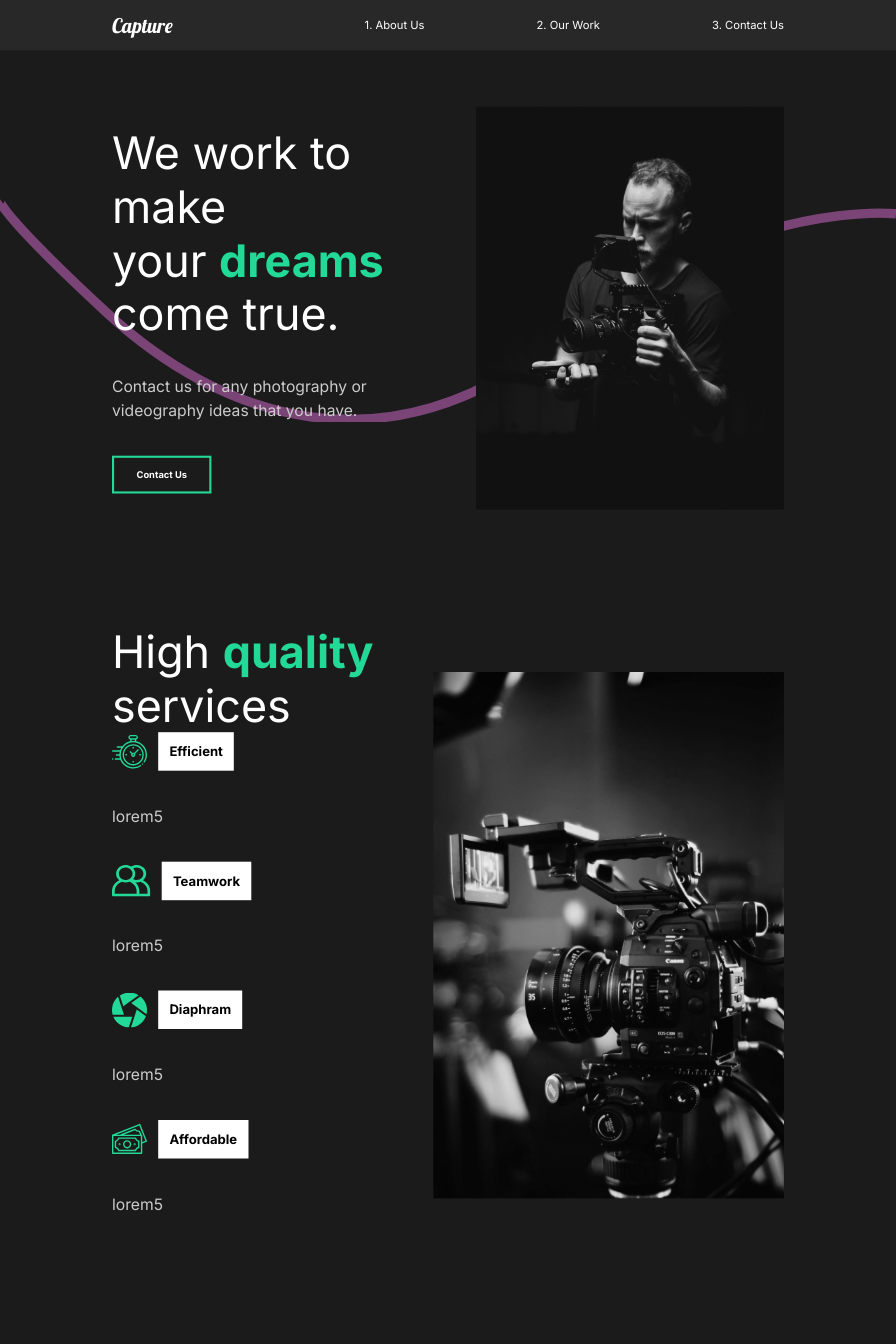
Repository: programmingwithlevi/capture
Page: /
The author's editor kept a copy of each file at every save. The page is drawn from the files as they stood at one save, then again after the next save.
The browser window is 1280 px wide. The pictures show the part of the page from y = 0 to 1920 px (the page is 4236 px tall), at 70% of full size.
The project was rebuilt for these pictures with package versions that can differ from the ones it lists, and the page was loaded fresh each time. Also part of the build but not shown: src/pages/ContactUs.js, src/pages/OurWork.js, src/movieState.js, src/pages/movieDetail.js.

Above is the page before, as saved 2021-12-10 15:08:47.

After the next save:
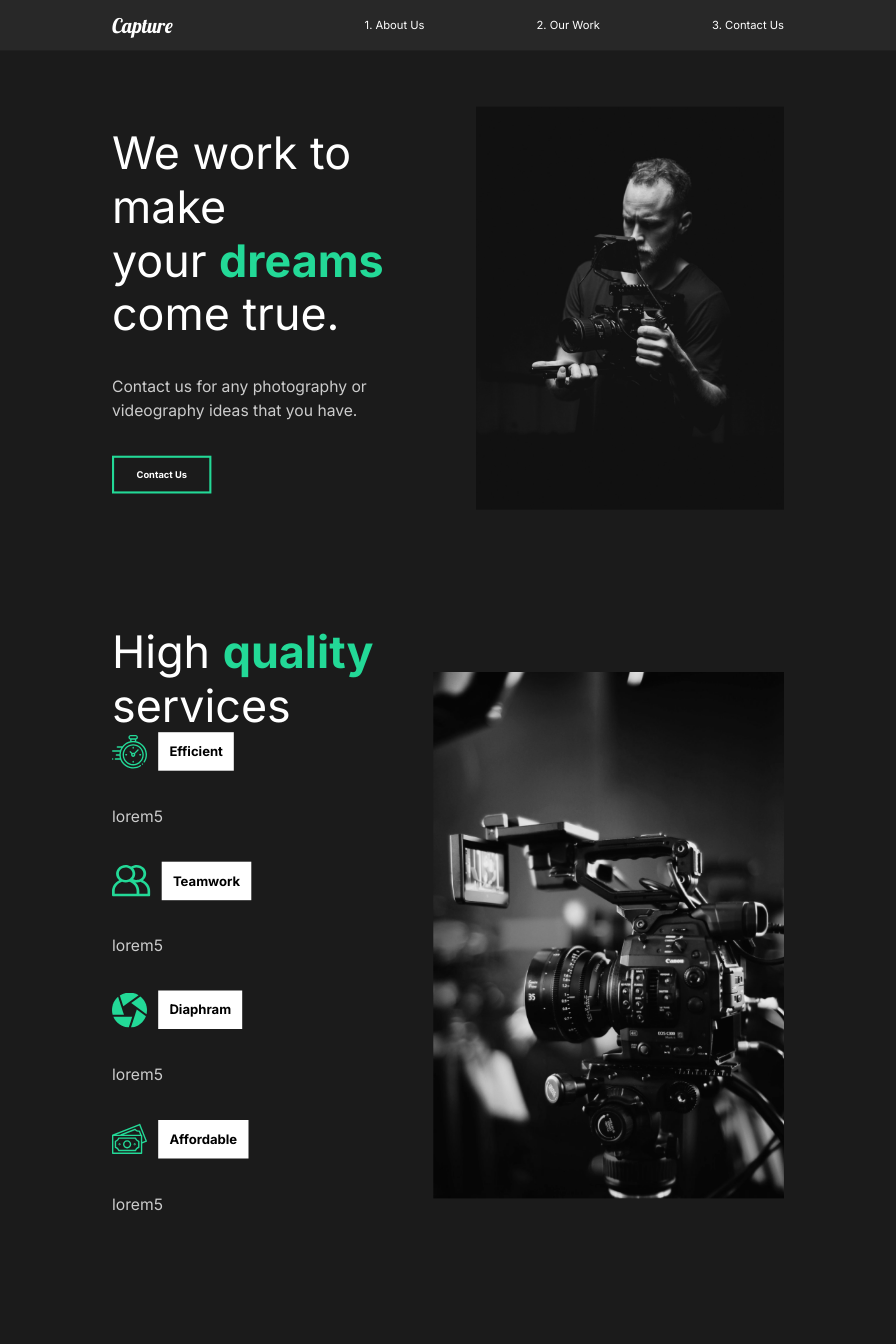
Saved 63 s later.
--- a/src/components/Wave.js
+++ b/src/components/Wave.js
@@ -5,7 +5,7 @@
 const Wave = () => {
     return(
     <WaveSvg viewBox="0 0 1440 363" fill="none" xmlns="http://www.w3.org/2000/svg">
-<motion.path d="M1440 27.4774C1352.73 19.8184 1122.41 49.0556 899.331 227.276C620.48 450.052 354.282 355.647 170.328 185.318C23.165 49.0556 -4.21721 8.32998 0.487081 5" stroke="#D96ED4" strokeOpacity="0.5" strokeWidth="15"/>
+<motion.path initial={{pathLength: 0, pathOffset: 1}} d="M1440 27.4774C1352.73 19.8184 1122.41 49.0556 899.331 227.276C620.48 450.052 354.282 355.647 170.328 185.318C23.165 49.0556 -4.21721 8.32998 0.487081 5" stroke="#D96ED4" strokeOpacity="0.5" strokeWidth="15"/>
 </WaveSvg>);
 
 

After the 4 saves that followed:
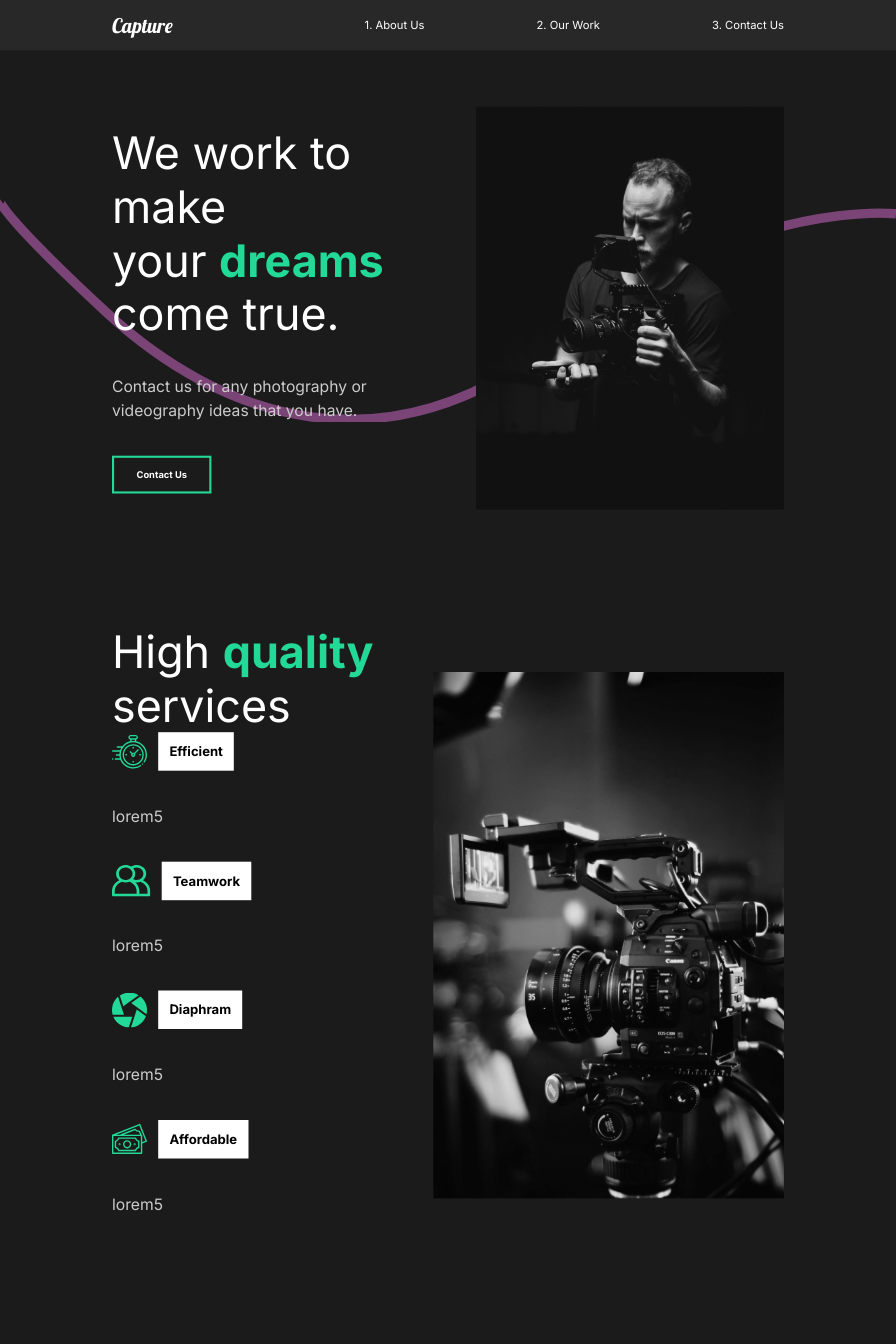
The 4 saves are shown as one change because 3 left the picture as it was.
The last was saved 4 min 59 s later.
--- a/src/components/Wave.js
+++ b/src/components/Wave.js
@@ -5,7 +5,10 @@
 const Wave = () => {
     return(
     <WaveSvg viewBox="0 0 1440 363" fill="none" xmlns="http://www.w3.org/2000/svg">
-<motion.path initial={{pathLength: 0, pathOffset: 1}} d="M1440 27.4774C1352.73 19.8184 1122.41 49.0556 899.331 227.276C620.48 450.052 354.282 355.647 170.328 185.318C23.165 49.0556 -4.21721 8.32998 0.487081 5" stroke="#D96ED4" strokeOpacity="0.5" strokeWidth="15"/>
+<motion.path initial={{ pathLength: 0, pathOffset: 1 }}
+animate={{ pathLength: 1, pathOffset: 0 }}
+transition={{ duration: 1 }}
+d="M1440 27.4774C1352.73 19.8184 1122.41 49.0556 899.331 227.276C620.48 450.052 354.282 355.647 170.328 185.318C23.165 49.0556 -4.21721 8.32998 0.487081 5" stroke="#D96ED4" strokeOpacity="0.5" strokeWidth="15"/>
 </WaveSvg>);
 
 
